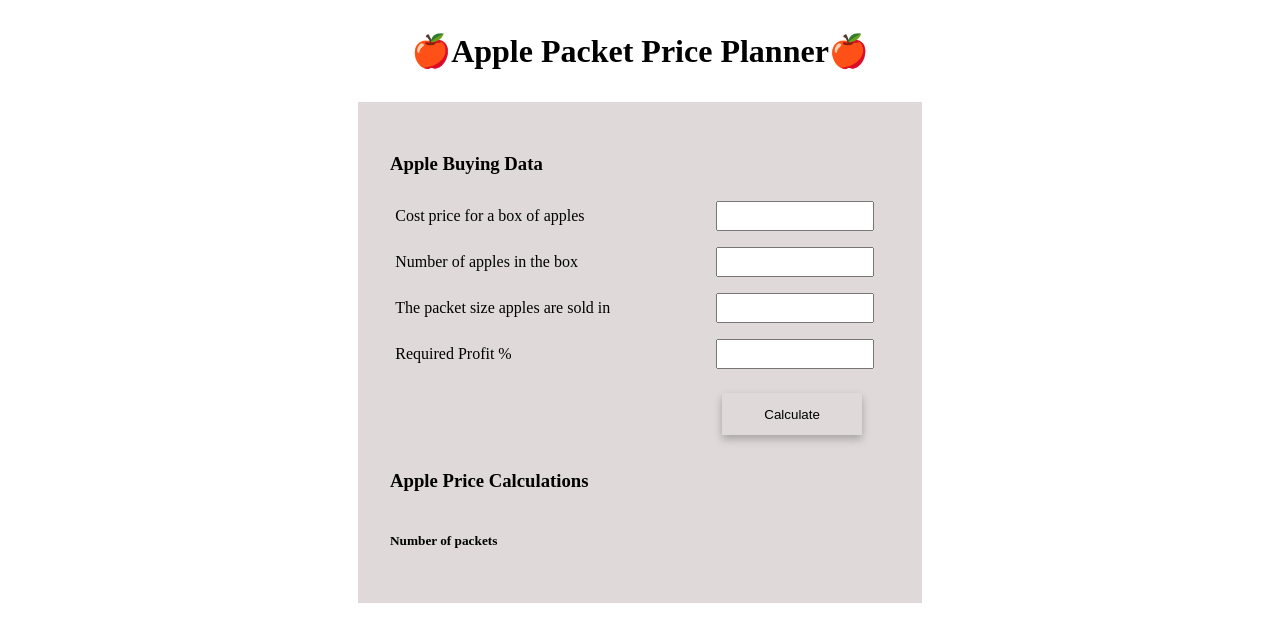
Repository: lasity34/apple-packet-price-planner
Page: index.html
These files come from the project's save history. The page is drawn as it stood at one moment and after the next save; the edit follows.
The browser window is 1280 px wide. The pictures show the whole page.

Above is the page before, as saved 2023-05-29 12:12:29.

After the next save:
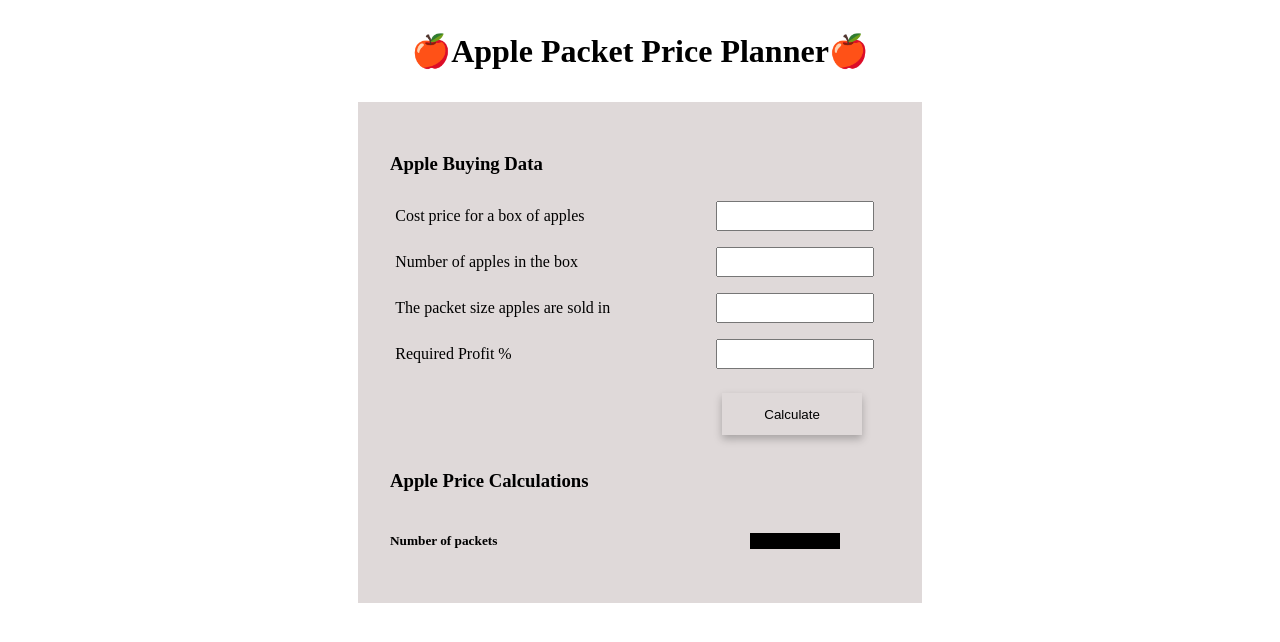
Saved 5 min 31 s later.
--- a/style.css
+++ b/style.css
@@ -52,4 +52,11 @@ main {
 
 .data_container {
     display: flex;
+    justify-content: space-between;
+    width: 90%;
 }
+
+.data_container h5:nth-of-type(2) {
+    width: 20%;
+    background-color: black;
+}
